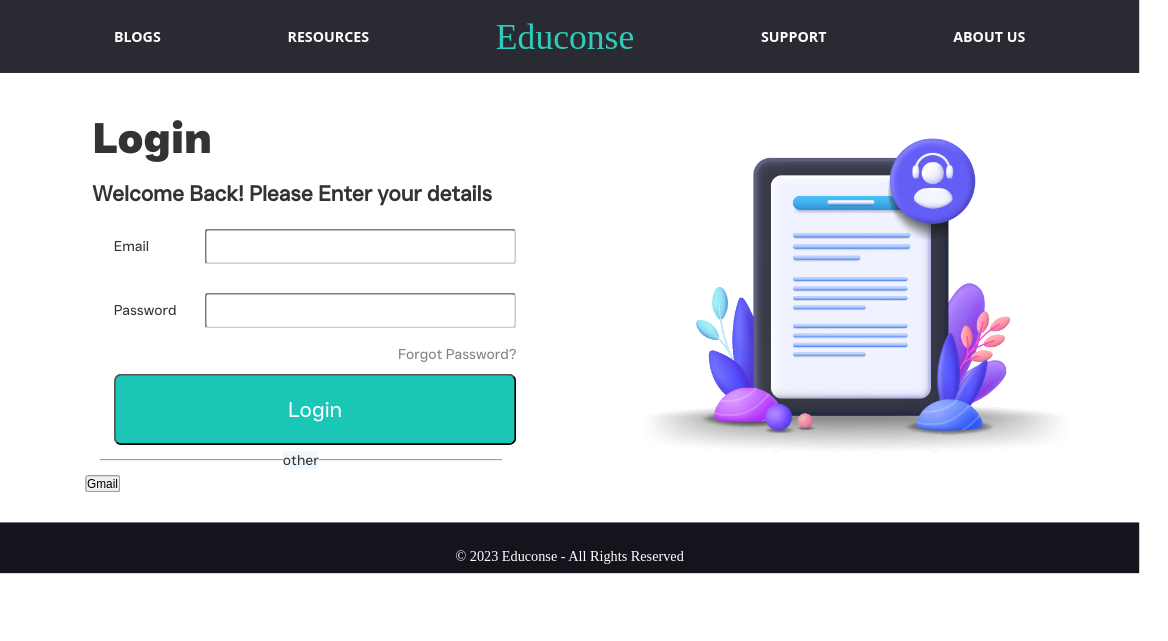
Repository: devajay07/educonse
Page: pages/login.html
These files come from the project's save history. The page is drawn as it stood at one moment and after a run of saves; the edit follows.
The browser window is 1280 px wide. The page is 1312 px wide, then 1280 px, then 1312 px, so the pictures cover 1312 px, including what lies to the right of the window. The pictures show the whole page, at 89% of full size.

Above is the page before, as saved 2023-10-15 03:00:10.

### pages/login.html
<!DOCTYPE html>
<html lang="en">

<head>
  <meta charset="UTF-8" />
  <meta name="viewport" content="width=device-width, initial-scale=1.0" />
  <title>Document</title>

  <script src="https://code.jquery.com/jquery-3.7.0.js"></script>
  <link rel="stylesheet" href="/css/header.css" />
  <link rel="stylesheet" href="/css/login.css" />
</head>

<body>
  <header id="header"></header>
  <main>
    <div class="login-panel">
      <div class="left-section">
        <div class="top">
          <h1 class="heading">Login</h1>
          <h2 class="sub-heading">Welcome Back! Please Enter your details</h2>
        </div>
        <div class="input-form" id="input-form">
          <div class="email">
            <label for="email-input">Email</label>
            <input type="email" name="email-input" id="email-input" />
          </div>
          <div class="password">
            <label for="password-input">Password</label>
            <input type="password" id="password-input">
          </div>
          <div class="forgot">
            <a href="#">Forgot Password?</a>
          </div>
          <input type="button" value="Login" id="submit">
        </div>
        <div class="other">
          <div class="line"></div>
          <p > other </p>
        </div>
        <div class="other-methods">
          <div class="gmail">
            <input type="button" value="Gmail">
          </div>
        </div>
      </div>
      <div class="right-section">

        <img src="/images/login1.png" alt="Login Image" id="login-img">
      </div>
    </div>
  </main>
  <footer>
    <div class="footer-2">&copy; 2023 Educonse - All Rights Reserved</div>
  </footer>
  <script>
    $(document).ready(function () {
      $("#header").load("/pages/header.html");
    });
  </script>
</body>

</html>

### css/header.css
@import url("https://cdnjs.cloudflare.com/ajax/libs/font-awesome/6.4.2/css/all.min.css");
* {
  padding: 0;
  margin: 0;
  box-sizing: border-box;
}
@font-face {
  font-family: "brand-bold";
  src: url("/fonts/brand-bold.otf") format("opentype");
  font-weight: normal;
  font-style: normal;
}
@font-face {
  font-family: "brand-reg";
  src: url("/fonts/brand-regular.otf") format("opentype");
  font-weight: normal;
  font-style: normal;
}

:root {
  --brand-color: hsla(291, 60%, 34%, 1);
  --hookers-green: hsla(174, 17%, 46%, 1);
  --white: hsla(0, 0%, 100%, 1);
  --poppy: hsla(356, 74%, 52%, 1);
  --black: hsla(60, 1%, 14%, 1);
  --beige: #f5f5dc;

  --brand-bold: "brand-bold", sans-serif;
  --brand-reg: "brand-reg", sans-serif;
  --universal-margin: 1rem 8rem;
  --section-margin: 1rem;
  --footer-bg: rgb(20, 21, 28);
}

body {
  background-color: white;
  color: #333; /* A light version of black */
}

.nav-container {
  display: flex;
  align-items: center;
  justify-content: space-between;
  width: 100%;
  margin: var(--universal-margin);
  height: 50px;
}
.nav-container .nav-item {
  font-family: system-ui, -apple-system, BlinkMacSystemFont, "Segoe UI", Roboto,
    Oxygen, Ubuntu, Cantarell, "Open Sans", "Helvetica Neue", sans-serif;
  color: var(--white);
  font-weight: bolder;
}

nav {
  display: flex;
  justify-content: space-between;
  align-items: center;
  background-color: var(--footer-bg);
  opacity: 0.9;
  color: white;
}

nav .brand {
  font-size: 40px;
  color: var(--brand-color);
  font-family: var(--brand-font);
}

nav a {
  text-decoration: none;
  color: white;
}

footer {
  display: flex;
  flex-direction: column;
}
.footer-1 {
  display: flex;
  justify-content: space-evenly;
}
.footer-1 .customer-service > div {
  padding: 0.2rem;
}
.footer-1 h1 {
  font-size: 1.2rem;
  font-family: var(--brand-font);
  margin-bottom: 0.5rem;
}
.footer-1 p {
  font-size: 0.8rem;
  opacity: 0.6;
  color: #f0e8e8;
  padding: 0.3rem;
  font-family: var(--brand-reg);
}
.footer-1 .heading{
  padding-bottom: 1rem;
  font-family: var(--brand-bold);
}


.footer-1 span {
  font-size: 0.8rem;
  margin: 0.4rem;
}

.footer-1 a {
  color: #f0f0ea;
  text-decoration: none;
}
.footer-1 .reach-us {
  display: flex;
  align-items: center;
  flex-direction: column;
}

.reach-us iframe{
  border-radius: 8px;
}

.footer-2{
  padding-top: 1.2rem;
}

.text {
  color: white;
  font-size: 20px;
  position: absolute;
  top: 50%;
  left: 50%;
  transform: translate(-50%, -50%);
  -ms-transform: translate(-50%, -50%);
  white-space: nowrap;
}

@charset "UTF-8";

.svg-inline--fa {
  vertical-align: -0.2em;
}

.rounded-social-buttons {
  text-align: center;
}

.rounded-social-buttons .social-button {
  display: inline-block;
  position: relative;
  cursor: pointer;
  width: 3.125rem;
  height: 3.125rem;
  border: 0.125rem solid transparent;
  padding: 0;
  text-decoration: none;
  text-align: center;
  color: #fefefe;
  font-size: 1.5625rem;
  font-weight: normal;
  line-height: 2em;
  border-radius: 1.6875rem;
  transition: all 0.5s ease;
  margin-right: 0.25rem;
  margin-bottom: 0.25rem;
}

.rounded-social-buttons .social-button:hover,
.rounded-social-buttons .social-button:focus {
  -webkit-transform: rotate(360deg);
  -ms-transform: rotate(360deg);
  transform: rotate(360deg);
}

.rounded-social-buttons .fa-twitter,
.fa-facebook-f,
.fa-linkedin,
.fa-youtube,
.fa-instagram {
  font-size: 25px;
}

.rounded-social-buttons .social-button.facebook {
  background: #3b5998;
}

.rounded-social-buttons .social-button.facebook:hover,
.rounded-social-buttons .social-button.facebook:focus {
  color: #3b5998;
  background: #fefefe;
  border-color: #3b5998;
}

.rounded-social-buttons .social-button.twitter {
  background: #55acee;
}

.rounded-social-buttons .social-button.twitter:hover,
.rounded-social-buttons .social-button.twitter:focus {
  color: #55acee;
  background: #fefefe;
  border-color: #55acee;
}

.rounded-social-buttons .social-button.linkedin {
  background: #007bb5;
}

.rounded-social-buttons .social-button.linkedin:hover,
.rounded-social-buttons .social-button.linkedin:focus {
  color: #007bb5;
  background: #fefefe;
  border-color: #007bb5;
}

.rounded-social-buttons .social-button.youtube {
  background: #bb0000;
}

.rounded-social-buttons .social-button.youtube:hover,
.rounded-social-buttons .social-button.youtube:focus {
  color: #bb0000;
  background: #fefefe;
  border-color: #bb0000;
}

.rounded-social-buttons .social-button.instagram {
  background: #125688;
}

.rounded-social-buttons .social-button.instagram:hover,
.rounded-social-buttons .social-button.instagram:focus {
  color: #125688;
  background: #fefefe;
  border-color: #125688;
}

footer {
  background-color: var(--footer-bg);
  color: white;
  text-align: center;
  padding: 10px 0;
}

### css/login.css
@import url("/css/global.css");
main .login-panel{
  display: flex;
  justify-content: center;
  background-color: var(--white);
  font-family: var(--brand-reg);
}

.left-section{
  width: 800px;
  display: flex;
  flex-direction: column;
  justify-content: center;
  font-family: var(--brand-reg );
  padding: 2rem;
  padding-left: 8rem;
}

.input-form{
  display: flex;
  flex-direction: column;
  font-family: var(--brand-reg);
  padding-left: 2rem;

}
.input>div{
  font-size: 1.3rem;
  margin:0.5rem;
}
label{
  padding-right: 1rem;
}

input[type=password],input[type=email]{
  float: right;
  font-family: var(--brand-reg);
  width:350px;
  height: 40px;
  border-radius:4px;
  margin: 1rem;
  border-color: rgb(195, 208, 219);
  margin-right:0;
  text-align: center;
}
input[type=password]:focus,input[type=email]:focus
{
  background-color:rgb(127, 157, 184);
}

input[type=password]{
  font-size: xx-large;
}
#submit{
  height:80px;
  background-color:var(--brand-color);
  color:var(--white);
  font-family: var(--brand-reg);
  font-size: 1.5rem;
  border-radius:8px;

}
.heading{
  font-family: var(--brand-bold);
  font-size: 3rem;
  padding: 0.5rem;
}

.sub-heading{
  font-family: var(--brand-reg);
  font-size: 1.5rem;
  padding: 0.5rem;

}

.email,.password{
  width: 100%;
  display: flex;
  justify-content: space-between;
  align-items:center;
}

.forgot a{
  text-decoration: none;
  color:grey;
  float: right;
  margin: 0.2rem 0 0.8rem ;
}

.other{
  display: flex;
  justify-content: center;
  align-items: center;
}
.line{
  height:1px;
  width:100%;
  background-color:gray;
  margin:1rem;
}
.other p{
  position: absolute;
  background-color:aliceblue;
  z-index: 1;
}

#login-img{
  width: 700px;
  height:500px;
  object-fit: contain;
}

### css/global.css
@import url("https://cdnjs.cloudflare.com/ajax/libs/font-awesome/6.4.2/css/all.min.css");
* {
  padding: 0;
  margin: 0;
  box-sizing: border-box;
}
@font-face {
  font-family: "brand-bold";
  src: url("/fonts/brand-bold.otf") format("opentype");
  font-weight: normal;
  font-style: normal;
}
@font-face {
  font-family: "brand-reg";
  src: url("/fonts/brand-regular.otf") format("opentype");
  font-weight: normal;
  font-style: normal;
}

:root {
  --brand-color: rgb(26, 198, 181);
  --hookers-green: hsla(174, 17%, 46%, 1);
  --white: hsla(0, 0%, 100%, 1);
  --poppy: hsla(356, 74%, 52%, 1);
  --black: hsla(60, 1%, 14%, 1);
  --beige: #f5f5dc;

  --brand-bold: "brand-bold", sans-serif;
  --brand-reg: "brand-reg", sans-serif;
  --universal-margin: 1rem 8rem;
  --section-margin: 1rem;
  --footer-bg: rgb(20, 21, 28);
}

### pages/header.html
<nav>
  <div class="nav-container">
    <div class="nav-item">BLOGS</div>
    <div class="nav-item">RESOURCES</div>
    <div class="brand">Educonse</div>
    <div class="nav-item">SUPPORT</div>
    <div class="nav-item">ABOUT US</div>
  </div>
</nav>

After the next 3 saves:
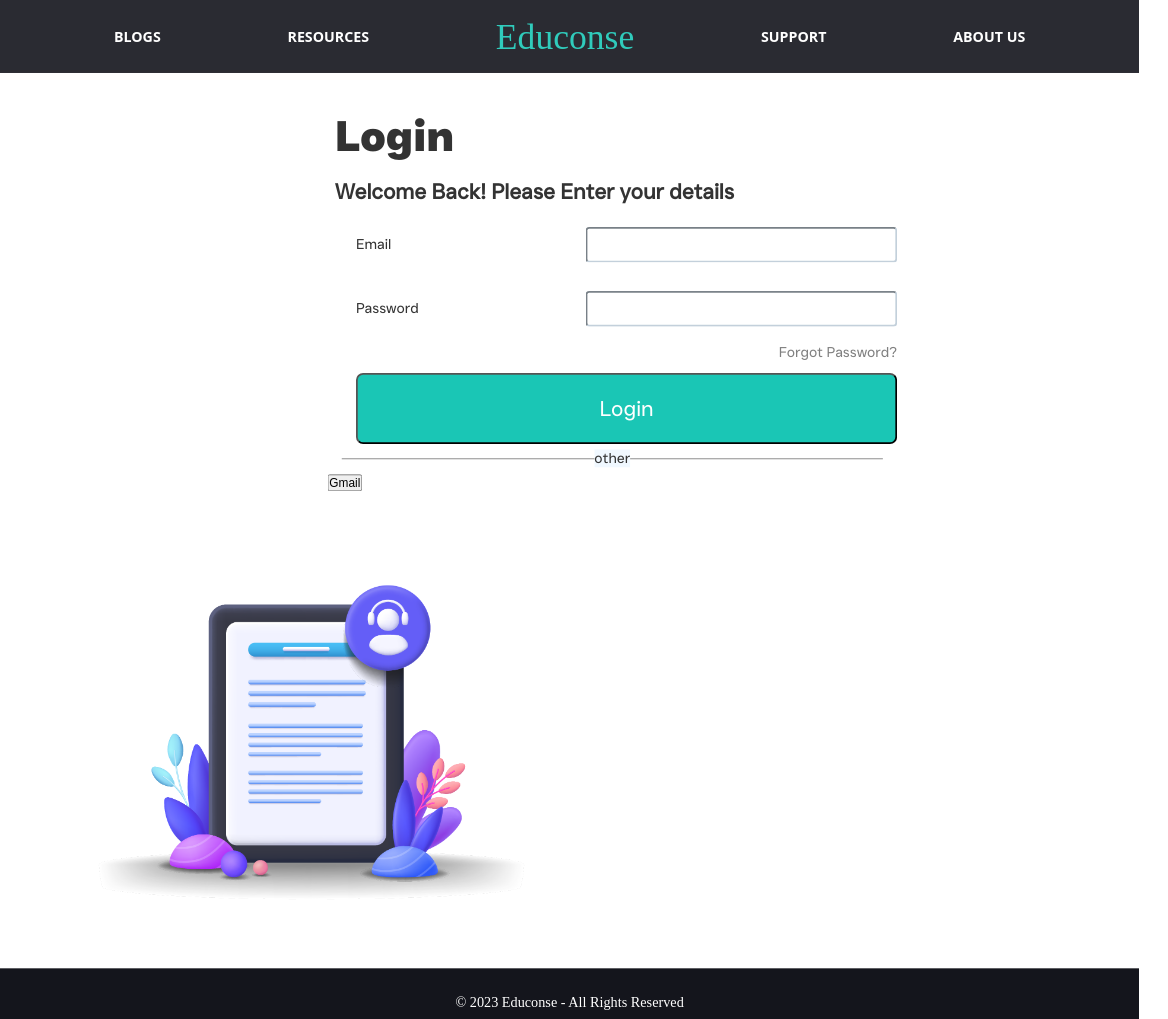
The 3 saves are shown as one change because they came seconds apart.
The last was saved 15 s later.
--- a/pages/login.html
+++ b/pages/login.html
@@ -40,7 +40,7 @@
         </div>
         <div class="other-methods">
           <div class="gmail">
-            <input type="button" value="Gmail">
+            <input type="button" value="Gmail"></div>
           </div>
         </div>
       </div>

After the 5 saves that followed:
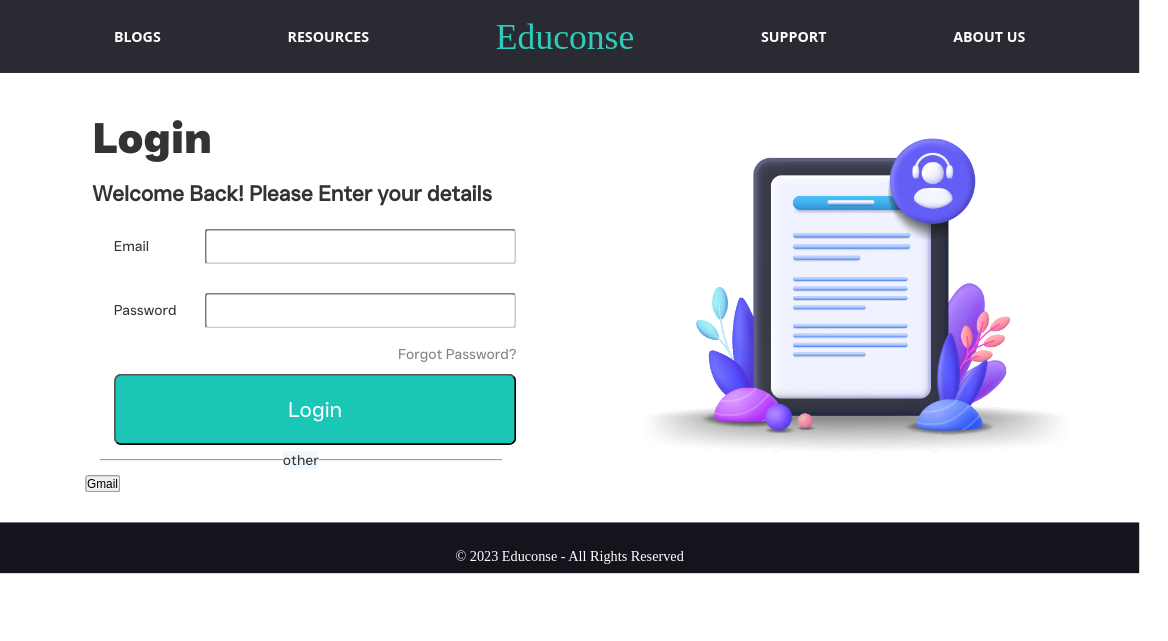
The 5 saves are shown as one change because they came seconds apart.
The last was saved 14 s later.
--- a/pages/login.html
+++ b/pages/login.html
@@ -40,7 +40,7 @@
         </div>
         <div class="other-methods">
           <div class="gmail">
-            <input type="button" value="Gmail"></div>
+            <input type="button" value="Gmail">
           </div>
         </div>
       </div>
